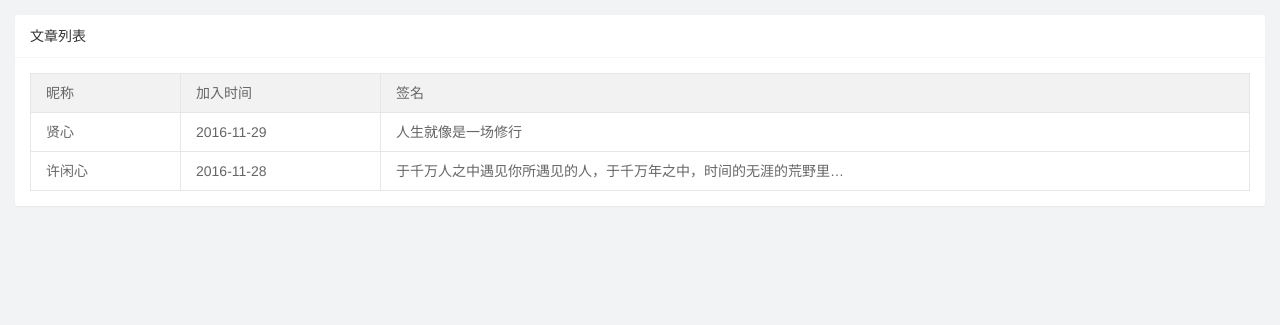
Repository: haloxxi/web_bigevent
Page: article/art-list.html
The author's editor kept a copy of each file at every save. The page is drawn from the files as they stood at one save, then again after the next save.
The browser window is 1280 px wide. The pictures show the whole page.

Above is the page before, as saved 2022-06-28 16:56:25.

After the next save:
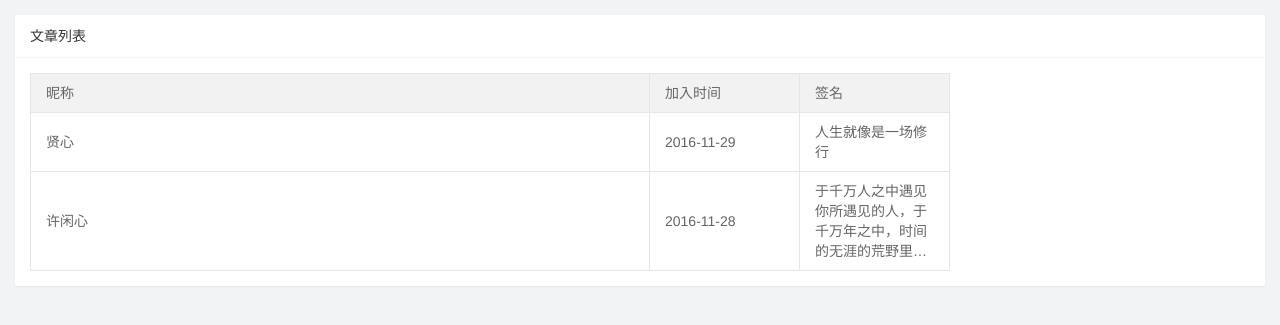
Saved 69 s later.
--- a/article/art-list.html
+++ b/article/art-list.html
@@ -19,9 +19,11 @@
             <!-- 列表区域 -->
             <table class="layui-table">
                 <colgroup>
+                    <col>
                     <col width="150">
-                    <col width="200">
-                    <col>
+                    <col width="150">
+                    <col width="150">
+                    <col width="150">
                 </colgroup>
                 <thead>
                     <tr>
